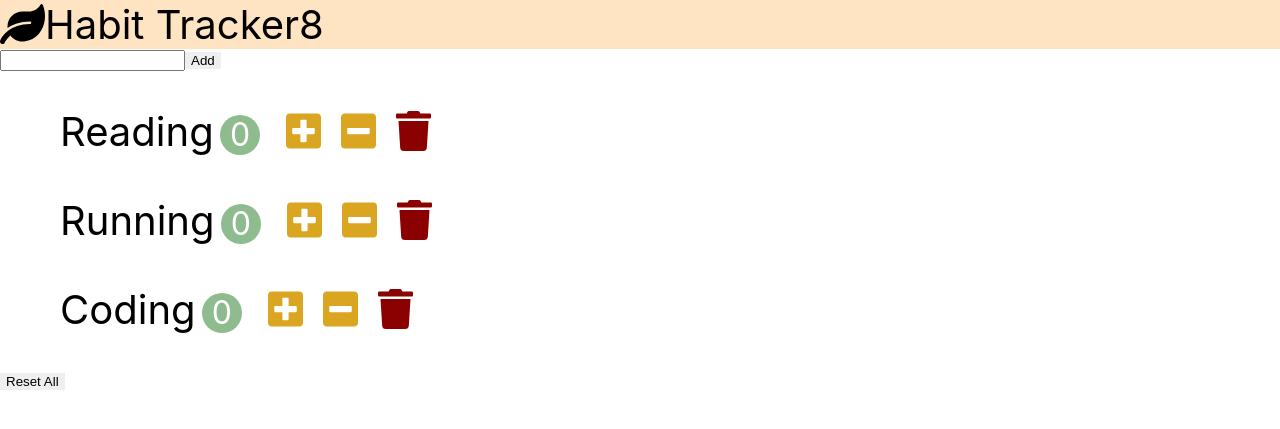
Repository: keehoonjung/react-habit-tracker
Page: / (app in react/habit-tracker/)
An editor plug-in stored every save of this project. The page is shown before and after the next save, followed by the edit.
The browser window is 1280 px wide. The pictures show the whole page.
The project was rebuilt for these pictures with package versions that can differ from the ones it lists, and the page was loaded fresh each time.

Above is the page before, as saved 2021-08-30 18:28:20.

After the next save:
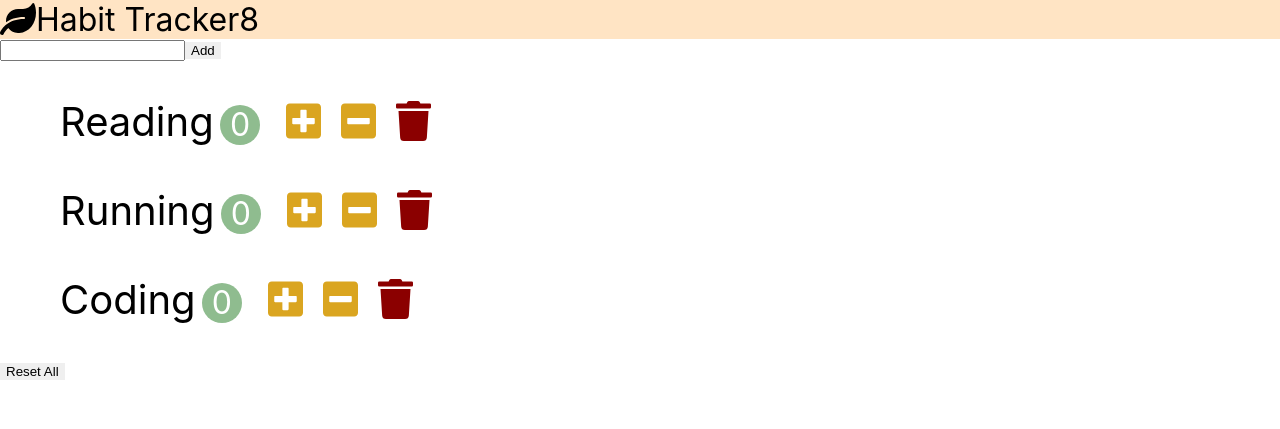
Saved 30 s later.
--- a/react/habit-tracker/src/app.css
+++ b/react/habit-tracker/src/app.css
@@ -6,7 +6,7 @@ button {
 
 .header {
   background-color: bisque;
-  font-size: 2.5rem;
+  font-size: 2rem;
 }
 
 .habit {
